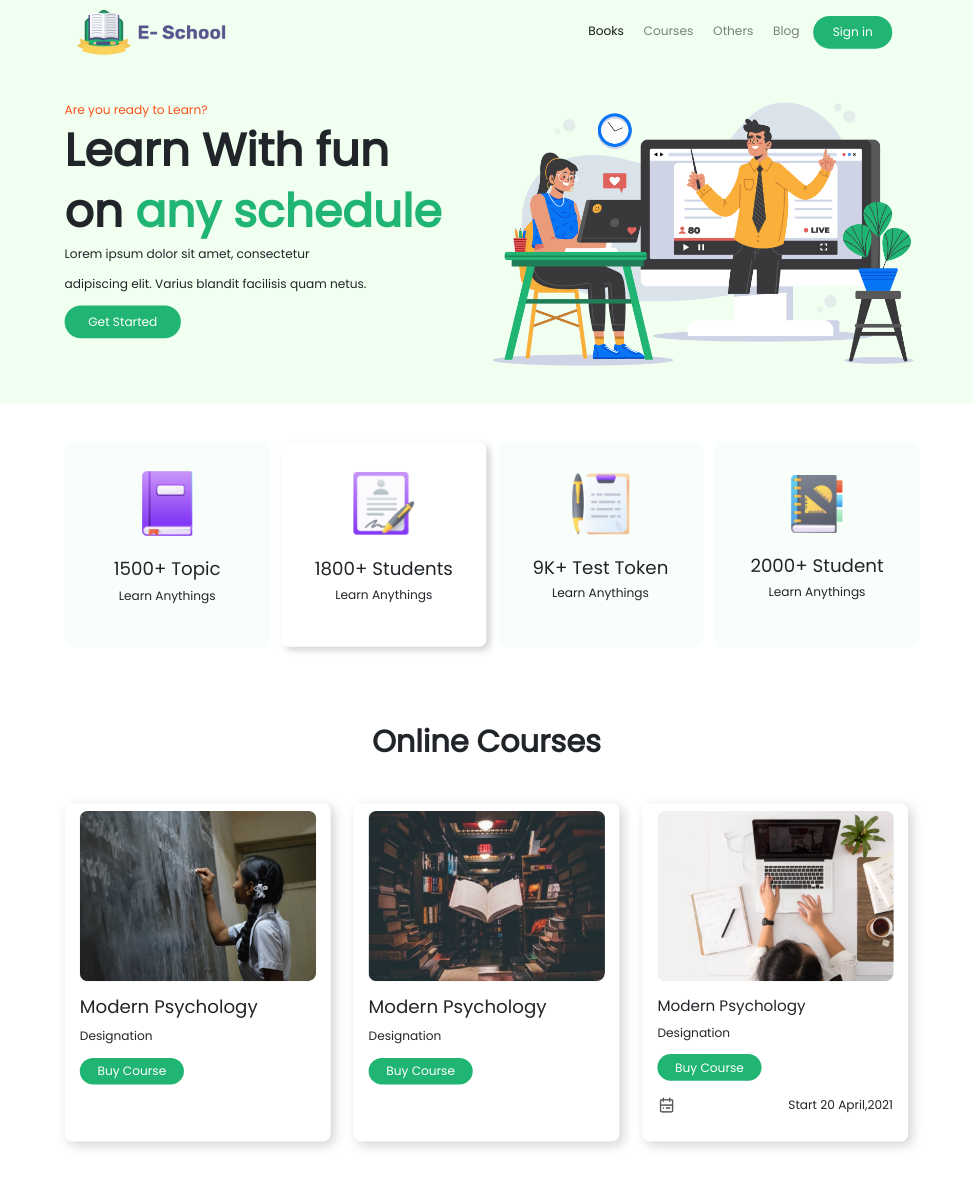
Repository: mohsinfarabi/e-school
Page: index.html
An editor plug-in stored every save of this project. The page is shown before and after the next save, followed by the edit.
The browser window is 1280 px wide. The pictures show the whole page, at 76% of full size.

Above is the page before, as saved 2020-07-08 19:53:13.

After the next save:
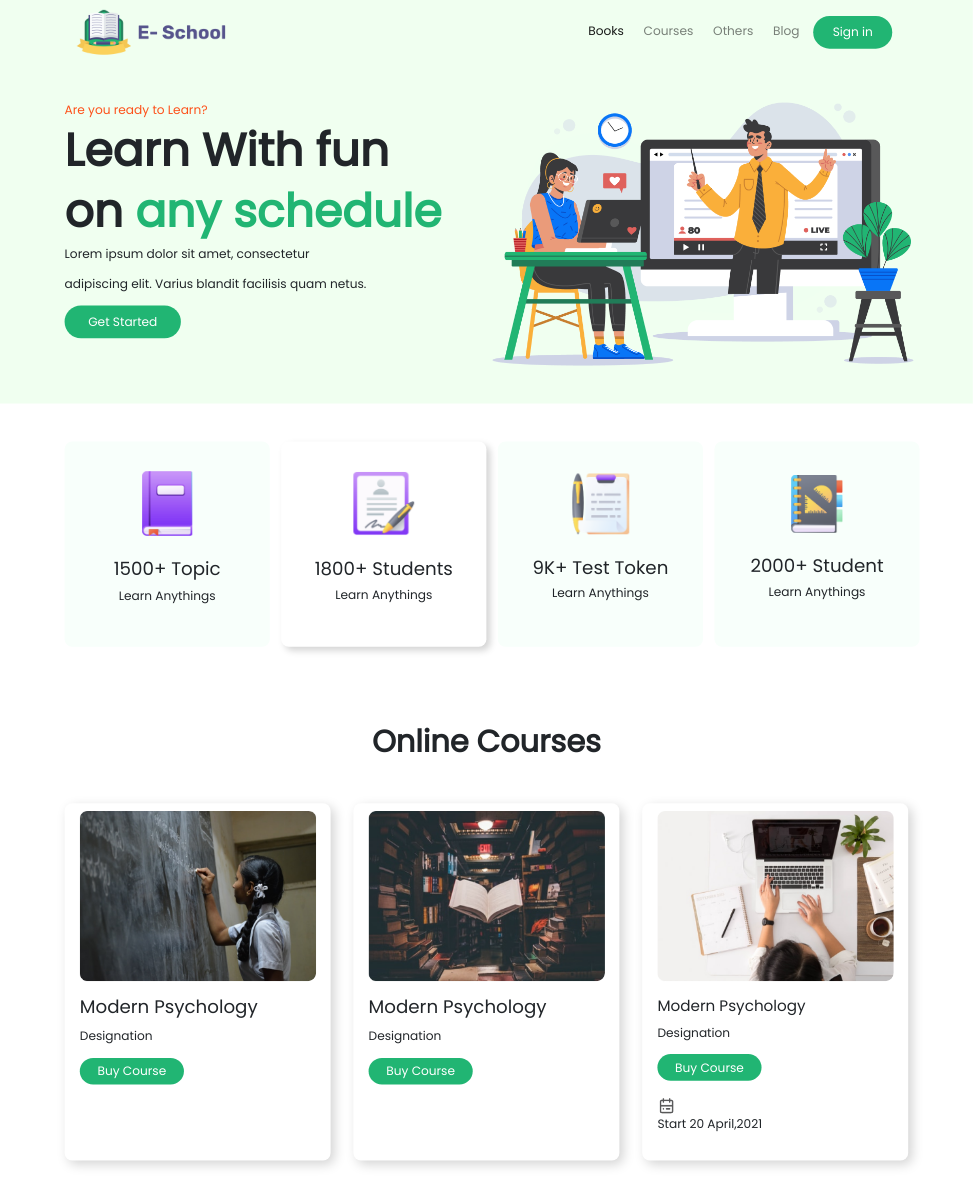
Saved 9 min 57 s later.
--- a/index.html
+++ b/index.html
@@ -135,8 +135,11 @@
                     <p class="card-text">Designation</p>
                     <button class="buy-course">Buy Course</button>
                     <div class="card-bottom d-flex justify-content-between align-self-center">
-                        <img src="images/icon/calendar.png" alt="">
-                        <p>Start 20 April,2021</p>
+                        <div>
+                            <img src="images/icon/calendar.png" alt="">
+                            <p>Start 20 April,2021</p>
+                        </div>
+
                     </div>
 
 
